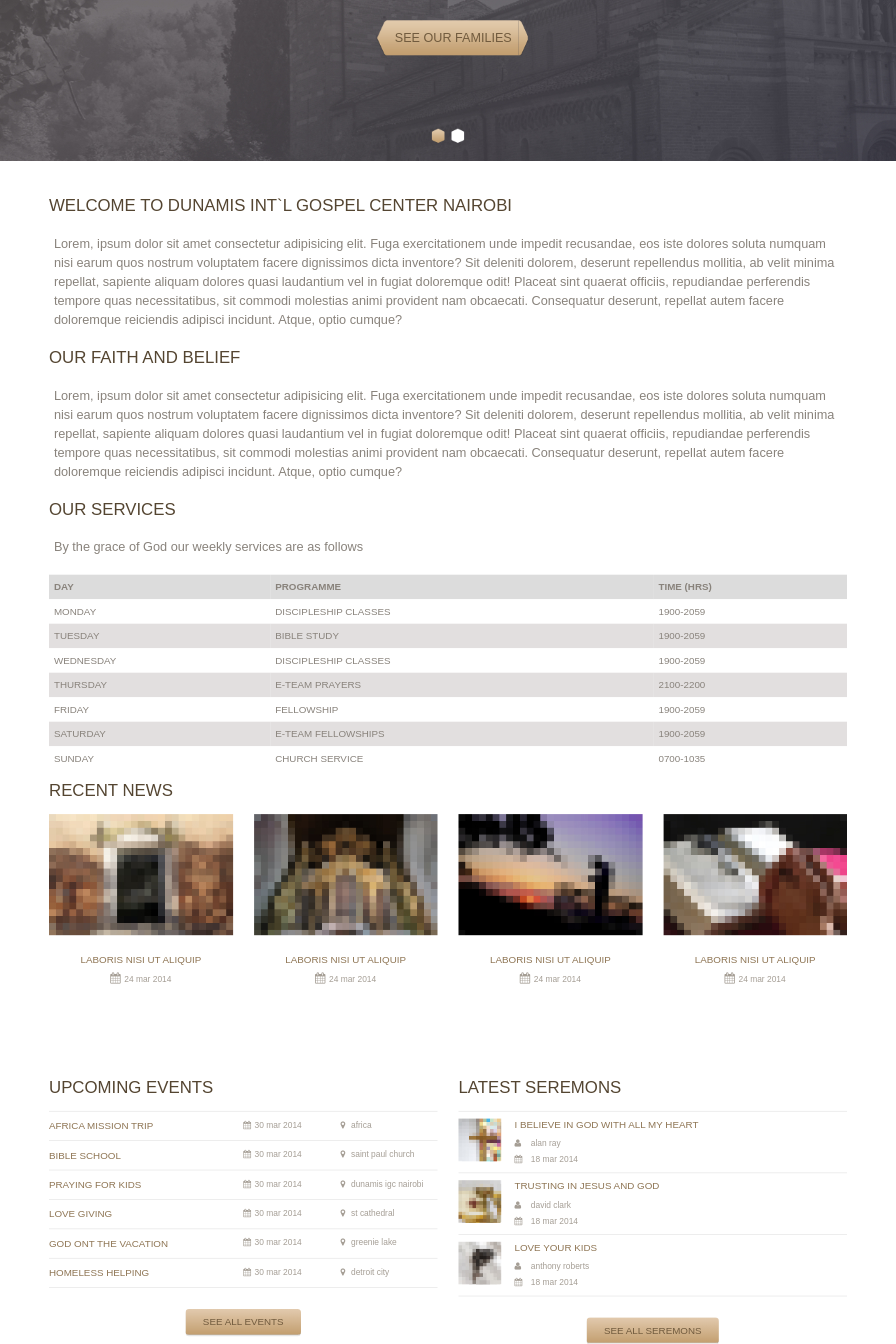
Repository: profbkmurage/churchWebsite
Page: index.html
An editor plug-in stored every save of this project. The page is shown before and after the next save, followed by the edit.
The browser window is 1280 px wide. The pictures show the part of the page from y = 590 to 2510 px (the page is 3038 px tall), at 70% of full size.

Above is the page before, as saved 2024-07-10 19:19:25.

After the next save:
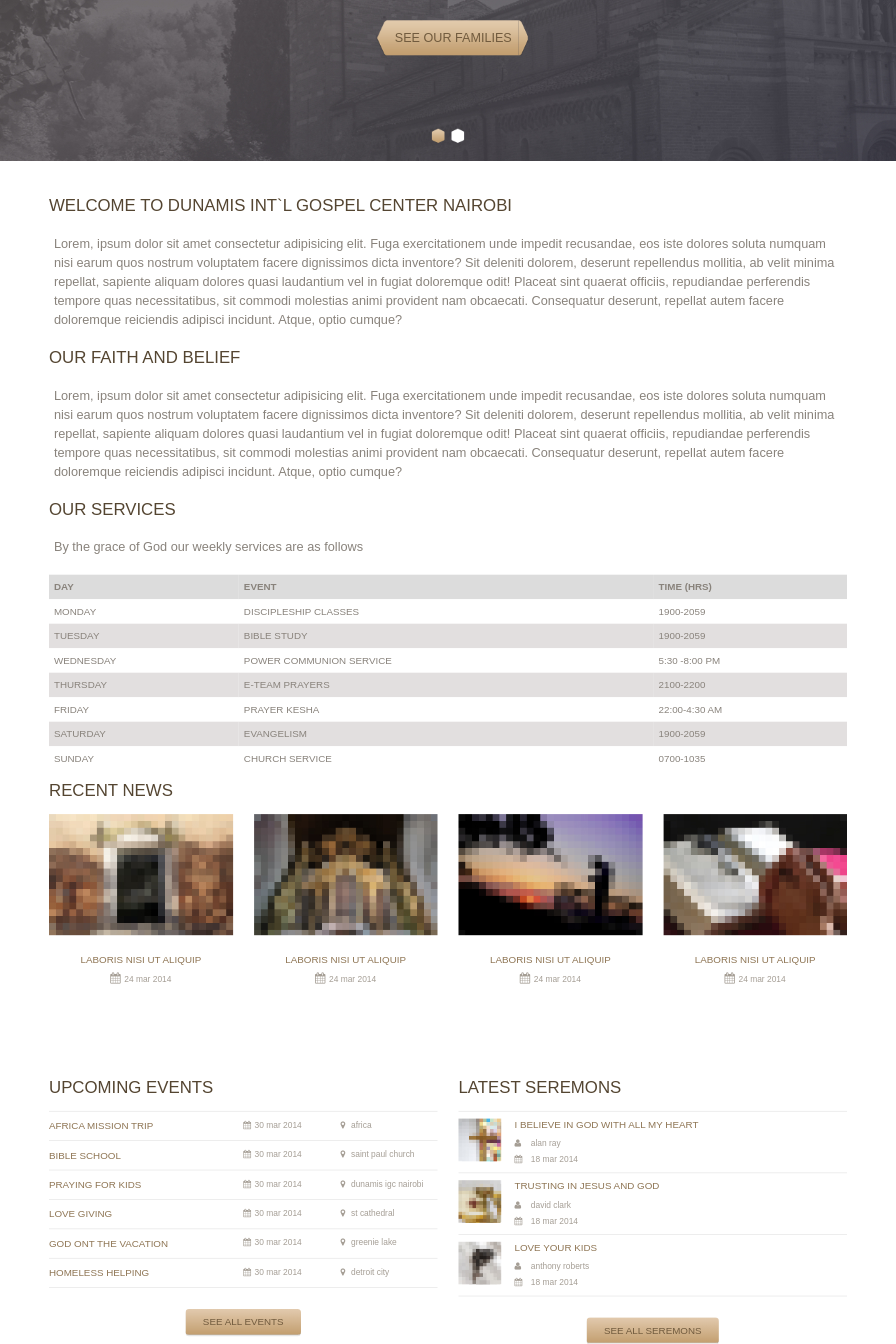
Saved 2 min 55 s later.
--- a/index.html
+++ b/index.html
@@ -91,11 +91,11 @@
 <table>
 						<tr>
 							<th>DAY</th>
-							<th>PROGRAMME</th>
+							<th>EVENT</th>
 							<th>TIME (hrs)</th>
 						</tr>
 						<tr>
-							<td>monday</td>
+							<td>Monday</td>
 							<td>Discipleship classes</td>
 							<td>1900-2059</td>
 						</tr>
@@ -106,8 +106,8 @@
 						</tr>
 						<tr>
 							<td>Wednesday</td>
-							<td>Discipleship classes</td>
-							<td>1900-2059</td>
+							<td>Power communion Service</td>
+							<td>5:30 -8:00 pm</td>
 						</tr>
 						<tr>
 							<td>Thursday</td>
@@ -116,12 +116,12 @@
 						</tr>
 						<tr>
 							<td>Friday</td>
-							<td>fellowship</td>
-							<td>1900-2059</td>
+							<td>Prayer Kesha</td>
+							<td>22:00-4:30 AM</td>
 						</tr>
 						<tr>
 							<td>SATURDAY</td>
-							<td>E-team fellowships</td>
+							<td>Evangelism</td>
 							<td>1900-2059</td>
 						</tr>
 						<tr>
